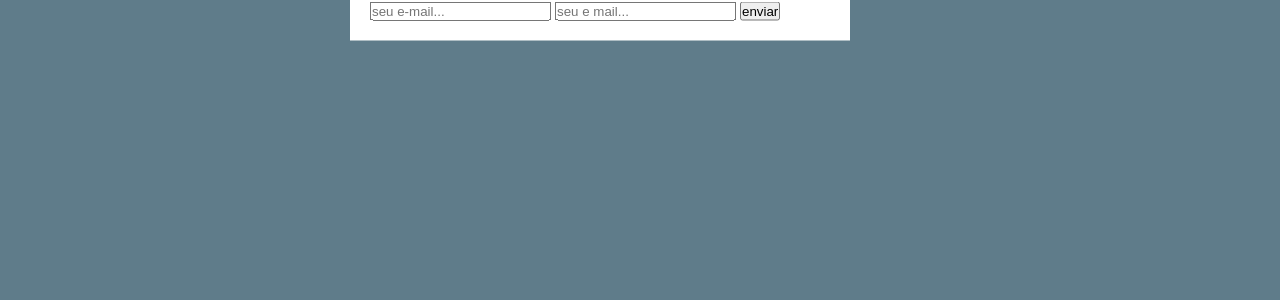
Repository: josceno/Sistema-para-controle-de-experimenta-o-animal
Page: index.html
An editor plug-in stored every save of this project. The page is shown before and after the next save, followed by the edit.
The browser window is 1280 px wide. The pictures show the whole page.

Above is the page before, as saved 2021-09-13 15:20:22.

After the next save:
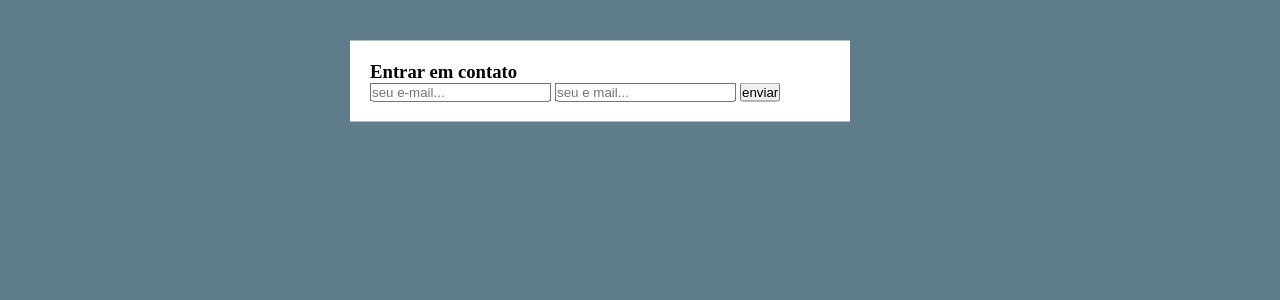
Saved 55 s later.
--- a/index.html
+++ b/index.html
@@ -19,7 +19,7 @@
             left: "50%";
             top: "50%";
 
-            transform: translate(70%,-50%);
+            transform: translate(70%,50%);
         }
     </style>
 
